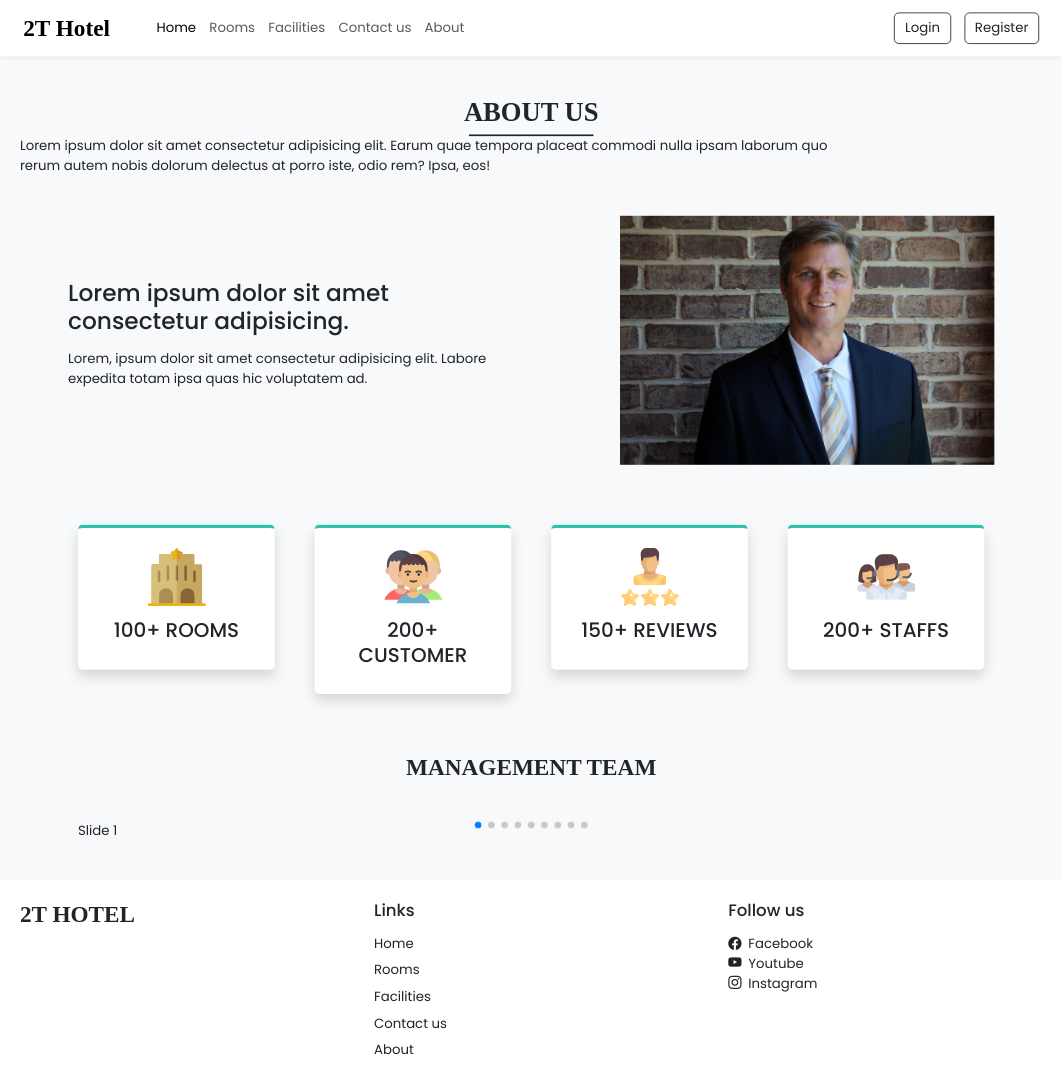
Repository: TaTongThanh2003/DoAnCoSo2024_BookingHotelWebsite
Page: http://localhost/about.php
These files come from the project's save history. The page is drawn as it stood at one moment and after the next save; the edit follows.
The browser window is 1280 px wide. The pictures show the whole page, at 83% of full size.
Some web fonts or font styles are not loaded; a fallback is used. The page is run by PHP 8.4 with error messages shown; the project is at /var/www/html/.

Above is the page before, as saved 2024-03-19 00:40:11.

### WebsiteBookingHotel/about.php
<!DOCTYPE html>
<html lang="en">

<head>
    <meta charset="UTF-8">
    <meta http-equiv="X-UA-Compatible" content="IE-edge">
    <meta name="viewport" content="width=device-width, initial-scale=1.0">
    <title>2T Hotel - ABOUT</title>
    <?php require('inc/links.php'); ?>
    <style>
    .pop:hover {
        border-top-color: var(--teal) !important;
        transform: scale(1.03);
        transition: all 0.3s;
    }
    </style>
    <link rel="stylesheet" href="https://cdn.jsdelivr.net/npm/swiper@11/swiper-bundle.min.css" />
    <style>
    @media screen and (max-width: 575px) {
        .availability-form {
            margin: 25px;
            padding: 0 35px;
        }
    }

    .box {
        border-top-color: var(--teal) !important;
    }
    </style>
</head>

<body class="bg-light">
    <?php require('inc/header.php'); ?>

    <div class="my-5 px-4">
        <h2 class="fw-bold h-font text-center">ABOUT US</h2>
        <div class="h-line bg-dark"></div>
        <p>Lorem ipsum dolor sit amet consectetur adipisicing elit. Earum quae tempora placeat commodi nulla ipsam
            laborum quo <br> rerum autem nobis dolorum delectus at porro iste, odio rem? Ipsa, eos!</p>
    </div>
    <div class="container">
        <div class="row justify-content-between align-items-center">
            <div class="col-lg-6 col-md-5 mb-4 order-lg-1 order-md-1 order-2">
                <h3 class="mb-3">Lorem ipsum dolor sit amet consectetur adipisicing.</h3>
                <p>Lorem, ipsum dolor sit amet consectetur adipisicing elit. Labore expedita totam ipsa quas hic
                    voluptatem ad.</p>
            </div>
            <div class="col-lg-5 col-md-5 mb-4 order-lg-2 order-md-2 order-1">
                <img src="images/about/about.jpg" class="w-100">
            </div>
        </div>
    </div>
    <div class="container mt-5">
        <div class="row">
            <div class="col-lg-3 col-md-6 mb-4 px-4">
                <div class="bg-white rounded shadow p-4 border-top border-4 text-center box">
                    <img src="images/about/hotel.svg" width="70px">
                    <h4 class="mt-3">100+ ROOMS</h4>
                </div>
            </div>
            <div class="col-lg-3 col-md-6 mb-4 px-4">
                <div class="bg-white rounded shadow p-4 border-top border-4 text-center box">
                    <img src="images/about/customers.svg" width="70px">
                    <h4 class="mt-3">200+ CUSTOMER</h4>
                </div>
            </div>
            <div class="col-lg-3 col-md-6 mb-4 px-4">
                <div class="bg-white rounded shadow p-4 border-top border-4 text-center box">
                    <img src="images/about/rating.svg" width="70px">
                    <h4 class="mt-3">150+ REVIEWS</h4>
                </div>
            </div>
            <div class="col-lg-3 col-md-6 mb-4 px-4">
                <div class="bg-white rounded shadow p-4 border-top border-4 text-center box">
                    <img src="images/about/staff.svg" width="70px">
                    <h4 class="mt-3">200+ STAFFS</h4>
                </div>
            </div>
            <h3 class="my-5 fw-bold h-font text-center">MANAGEMENT TEAM</h3>
            <div class="container px-4">
                <div class="swiper mySwiper">
                    <div class="swiper-wrapper">
                        <div class="swiper-slide">Slide 1</div>
                        <div class="swiper-slide">Slide 2</div>
                        <div class="swiper-slide">Slide 3</div>
                        <div class="swiper-slide">Slide 4</div>
                        <div class="swiper-slide">Slide 5</div>
                        <div class="swiper-slide">Slide 6</div>
                        <div class="swiper-slide">Slide 7</div>
                        <div class="swiper-slide">Slide 8</div>
                        <div class="swiper-slide">Slide 9</div>
                    </div>
                    <div class="swiper-pagination"></div>
                </div>
            </div>
        </div>
    </div>

    <!-- footer -->
    <?php require('inc/footer.php'); ?>
    <script src="https://cdn.jsdelivr.net/npm/swiper@11/swiper-bundle.min.js"></script>

    <!-- Initialize Swiper -->
    <script>
    var swiper = new Swiper(".mySwiper", {
        pagination: {
            el: ".swiper-pagination",
        },
    });
    </script>



    <!-- <script src="https://cdn.jsdelivr.net/npm/swiper@11/swiper-bundle.min.js"></script>
    <script src="https://cdn.jsdelivr.net/npm/bootstrap@5.3.3/dist/js/bootstrap.bundle.min.js"
        integrity="sha384-YvpcrYf0tY3lHB60NNkmXc5s9fDVZLESaAA55NDzOxhy9GkcIdslK1eN7N6jIeHz" crossorigin="anonymous">
    </script> -->
    <!-- <script>
    var swiper = new Swiper(".swiper-container", {
        spaceBetween: 30,
        effect: "fade",
        loop: true,
        autoplay: {
            delay: 3500,
            disableOnInteraction: false,
        }
    });
    var swiper = new Swiper(".swiper-testimonials", {
        effect: "coverflow",
        grabCursor: true,
        centeredSlides: true,
        slidesPerView: "auto",
        slidesPerView: "3",
        loop: true,
        coverflowEffect: {
            rotate: 50,
            stretch: 0,
            depth: 100,
            modifier: 1,
            slideShadows: false,
        },
        pagination: {
            el: ".swiper-pagination",
        },
        breakpoints: {
            320: {
                slidesPerView: 1,
            },
            640: {
                slidesPerView: 1,
            },
            768: {
                slidesPerView: 2,
            },
            1024: {
                slidesPerView: 3,
            },
        }
    });
    </script> -->
</body>

</html>

### WebsiteBookingHotel/inc/links.php
<link href="https://cdn.jsdelivr.net/npm/bootstrap@5.3.3/dist/css/bootstrap.min.css" rel="stylesheet"
    integrity="sha384-QWTKZyjpPEjISv5WaRU9OFeRpok6YctnYmDr5pNlyT2bRjXh0JMhjY6hW+ALEwIH" crossorigin="anonymous">
<link href="https://fonts.googleapis.com/css2?family=Merienda:wght@400;700&family=Poppins:wght@400;500;600&display=swap"
    rel="stylesheet">
<link rel="stylesheet" href="https://cdn.jsdelivr.net/npm/bootstrap-icons@1.11.3/font/bootstrap-icons.min.css">
<link rel="stylesheet" href="css/common.css">

### WebsiteBookingHotel/inc/header.php
<nav class="navbar navbar-expand-lg navbar-light bg-white px-lg-3 py-lg-2 shadow-sm sticky-top">
    <div class="container-fluid">
        <a class="navbar-brand me-5 fw-bold fs-3 h-font" href="index.php">2T Hotel</a>
        <button class="navbar-toggler shadow-none" type="button" data-bs-toggle="collapse"
            data-bs-target="#navbarSupportedContent" aria-controls="navbarSupportedContent" aria-expanded="false"
            aria-label="Toggle navigation">
            <span class="navbar-toggler-icon"></span>
        </button>
        <div class="collapse navbar-collapse" id="navbarSupportedContent">
            <ul class="navbar-nav me-auto mb-2 mb-lg-0">
                <li class="nav-item">
                    <a class="nav-link active" aria-current="page" href="index.php">Home</a>
                </li>
                <li class="nav-item">
                    <a class="nav-link" href="#">Rooms</a>
                </li>
                <li class="nav-item">
                    <a class="nav-link" href="facilities.php">Facilities</a>
                </li>
                <li class="nav-item">
                    <a class="nav-link" href="#">Contact us</a>
                </li>
                <li class="nav-item">
                    <a class="nav-link" href="about.php">About</a>
                </li>
            </ul>
            <div class="d-flex">
                <button type="button" class="btn btn-outline-dark shadow-none me-lg-3 me-2" data-bs-toggle="modal"
                    data-bs-target="#loginModal">
                    Login
                </button>
                <button type="button" class="btn btn-outline-dark shadow-none " data-bs-toggle="modal"
                    data-bs-target="#registerModal">
                    Register
                </button>
            </div>
        </div>
    </div>
</nav>

<!-- login -->
<div class="modal fade" id="loginModal" data-bs-backdrop="static" data-bs-keyboard="false" tabindex="-1"
    aria-labelledby="staticBackdropLabel" aria-hidden="true">
    <div class="modal-dialog">
        <div class="modal-content">
            <form>
                <div class="modal-header">
                    <h5 class="modal-title d-flex align-item-center">
                        <i class="bi bi-person-circle fs-5 me-2"></i> User login
                    </h5>
                    <button type="reset" class="btn-close shadow-none" data-bs-dismiss="modal"
                        aria-label="Close"></button>
                </div>
                <div class="modal-body">
                    <div class="mb-3">
                        <label class="form-label">Email address</label>
                        <input type="email" class="form-control shadow-none">
                    </div>
                    <div class="mb-4">
                        <label class="form-label">Password</label>
                        <input type="password" class="form-control shadow-none">
                    </div>
                    <div class="d-flex align-items-center justify-content-between mb-2">
                        <button type="submit" class="btn btn-dark shadow-none">LOGIN</button>
                        <a href="javascript: void(0)" class="text-secondary text-decoration-none">Forgot
                            Password?</a>
                    </div>
                </div>
            </form>
        </div>
    </div>
</div>

<!-- Register -->
<div class="modal fade" id="registerModal" data-bs-backdrop="static" data-bs-keyboard="false" tabindex="-1"
    aria-labelledby="staticBackdropLabel" aria-hidden="true">
    <div class="modal-dialog modal-lg">
        <div class="modal-content">
            <form>
                <div class="modal-header">
                    <h5 class="modal-title d-flex align-item-center">
                        <i class="bi bi-person-lines-fill fs-5 me-2"></i>
                        User Registration
                    </h5>
                    <button type="reset" class="btn-close shadow-none" data-bs-dismiss="modal"
                        aria-label="Close"></button>
                </div>
                <div class="modal-body">
                    <span class="badge rounded-pill bg-light text-dark mb-3 text-wrap lh-base">
                        Note: Your details must match with your ID (Aadhar card, passport, driving license, etc.)
                        that will be required dring check-in.
                    </span>
                    <div class="container-fluid">
                        <div class="row">
                            <!-- Name -->
                            <div class="col-md-6 ps-0 mb-3">
                                <label class="form-label">Name</label>
                                <input type="text" class="form-control shadow-none">
                            </div>
                            <!-- Email -->
                            <div class="col-md-6 p-0 mb-3">
                                <label class="form-label">Email</label>
                                <input type="email" class="form-control shadow-none">
                            </div>
                            <!-- Phone Number -->
                            <div class="col-md-6 ps-0 mb-3">
                                <label class="form-label">Phone Number</label>
                                <input type="number" class="form-control shadow-none">
                            </div>
                            <!-- Picture -->
                            <div class="col-md-6 p-0 mb-3">
                                <label class="form-label">Picture</label>
                                <input type="file" class="form-control shadow-none">
                            </div>
                            <!-- Address -->
                            <div class="col-md-12 p-0 mb-3">
                                <label class="form-label">Address</label>
                                <textarea class="form-control shadow-none" rows="1"></textarea>
                            </div>
                            <!-- Pincode -->
                            <div class="col-md-6 ps-0 mb-3">
                                <label class="form-label">Pincode</label>
                                <input type="number" class="form-control shadow-none">
                            </div>
                            <!-- Date of birth -->
                            <div class="col-md-6 p-0 mb-3">
                                <label class="form-label">Date of birth</label>
                                <input type="date" class="form-control shadow-none">
                            </div>
                            <!-- Password -->
                            <div class="col-md-6 ps-0 mb-3">
                                <label class="form-label">Password</label>
                                <input type="password" class="form-control shadow-none">
                            </div>
                            <!-- Comfirm Password -->
                            <div class="col-md-6 p-0 mb-3">
                                <label class="form-label">Comfirm Password</label>
                                <input type="password" class="form-control shadow-none">
                            </div>
                        </div>
                    </div>
                    <div class="text-center my-1">
                        <button type="submit" class="btn btn-dark shadow-none">REGISTER</button>
                    </div>
                </div>
            </form>
        </div>
    </div>
</div>

### WebsiteBookingHotel/inc/footer.php
<div class="container-fluid bg-white mt-5">
    <div class="row">
        <div class="col-lg-4 p-4">
            <h3 class="h-font fw-bold fs-3">2T HOTEL</h3>
            <p>

            </p>
        </div>
        <div class="col-lg-4 p-4">
            <h5 class="mb-3">Links</h5>
            <a href="#" class="d-inline-block mb-2 text-dark text-decoration-none">Home</a><br>
            <a href="#" class="d-inline-block mb-2 text-dark text-decoration-none">Rooms</a><br>
            <a href="#" class="d-inline-block mb-2 text-dark text-decoration-none">Facilities</a><br>
            <a href="#" class="d-inline-block mb-2 text-dark text-decoration-none">Contact us</a><br>
            <a href="#" class="d-inline-block mb-2 text-dark text-decoration-none">About</a>
        </div>
        <div class="col-lg-4 p-4">
            <h5 class="mb-3">Follow us</h5>
            <a href="#" class="d-inline-block text-dark text-decoration-none md-2">
                <i class="bi bi-facebook me-1"></i> Facebook
            </a><br>
            <a href="#" class="d-inline-block text-dark text-decoration-none md-2">
                <i class="bi bi-youtube me-1"></i> Youtube
            </a><br>
            <a href="#" class="d-inline-block text-dark text-decoration-none ">
                <i class="bi bi-instagram me-1"></i> Instagram
            </a><br>
        </div>
    </div>
</div>

### WebsiteBookingHotel/css/common.css
:root{
    --teal: #2ec1ac;
    --teal_hover: #279e8c;
}

* {
    font-family: 'Poppins', sans-serif;
}

.h-font {
    font-family: 'Merienda', cursive;
}

input::-webkit-outer-spin-button,
input::-webkit-inner-spin-button {
    -webkit-appearance: none;
    margin: 0;
}

/* input[type=number] {
    -moz-appearance: textfield;
} */

.custom-bg {
    background-color: var(--teal);
    border: 1px solid var(--teal);
}

.custom-bg:hover {
    background-color: var(--teal_hover);
    border-color: var(--teal_hover);
}

.availability-form {
    margin-top: -50px;
    z-index: 2;
    position: relative;
}
.h-line{
    width: 150px ;
    margin: 0 auto;
    height: 1.7px;
}

### WebsiteBookingHotel/images/about/hotel.svg
<?xml version="1.0" encoding="iso-8859-1"?>
<!-- Generator: Adobe Illustrator 19.0.0, SVG Export Plug-In . SVG Version: 6.00 Build 0)  -->
<svg version="1.1" id="Layer_1" xmlns="http://www.w3.org/2000/svg" xmlns:xlink="http://www.w3.org/1999/xlink" x="0px" y="0px"
	 viewBox="0 0 512 512" style="enable-background:new 0 0 512 512;" xml:space="preserve">
<path style="fill:#C6A860;" d="M33.391,511.998V155.824c0-6.147,4.983-11.13,11.13-11.13h55.652V66.781
	c0-6.147,4.983-11.13,11.13-11.13h100.174h89.043h100.174c6.147,0,11.13,4.983,11.13,11.13v77.913h55.652
	c6.147,0,11.13,4.983,11.13,11.13v356.174H33.391z"/>
<path style="fill:#D8BF77;" d="M256,511.998H33.391V155.824c0-6.147,4.983-11.13,11.13-11.13h55.652V66.781
	c0-6.147,4.983-11.13,11.13-11.13h100.174H256V511.998z"/>
<path style="fill:#AA8E55;" d="M222.609,417.39v94.609H100.174V417.39c0-33.81,27.408-61.217,61.217-61.217l0,0
	C195.201,356.172,222.609,383.58,222.609,417.39z M111.304,289.39v-77.913c0-6.147-4.983-11.13-11.13-11.13
	c-6.147,0-11.13,4.983-11.13,11.13v77.913c0,6.147,4.983,11.13,11.13,11.13C106.321,300.52,111.304,295.537,111.304,289.39z
	 M178.087,289.39c6.147,0,11.13-4.983,11.13-11.13V166.955c0-6.147-4.983-11.13-11.13-11.13c-6.147,0-11.13,4.983-11.13,11.13
	v111.304C166.957,284.406,171.94,289.39,178.087,289.39z M256,155.824c-6.147,0-11.13,4.983-11.13,11.13v111.304
	c0,6.147,4.983,11.13,11.13,11.13s11.13-4.983,11.13-11.13V166.955C267.13,160.807,262.147,155.824,256,155.824z M333.913,155.824
	c-6.147,0-11.13,4.983-11.13,11.13v111.304c0,6.147,4.983,11.13,11.13,11.13s11.13-4.983,11.13-11.13V166.955
	C345.043,160.807,340.06,155.824,333.913,155.824z M411.826,200.346c-6.147,0-11.13,4.983-11.13,11.13v77.913
	c0,6.147,4.983,11.13,11.13,11.13c6.147,0,11.13-4.983,11.13-11.13v-77.913C422.957,205.329,417.973,200.346,411.826,200.346z"/>
<path style="fill:#89643B;" d="M411.826,417.39v94.609H289.391V417.39c0-33.81,27.408-61.217,61.217-61.217l0,0
	C384.418,356.172,411.826,383.58,411.826,417.39z M333.913,289.39c6.147,0,11.13-4.983,11.13-11.13V166.955
	c0-6.147-4.983-11.13-11.13-11.13s-11.13,4.983-11.13,11.13v111.304C322.783,284.406,327.766,289.39,333.913,289.39z
	 M411.826,200.346c-6.147,0-11.13,4.983-11.13,11.13v77.913c0,6.147,4.983,11.13,11.13,11.13c6.147,0,11.13-4.983,11.13-11.13
	v-77.913C422.957,205.329,417.972,200.346,411.826,200.346z M256,155.824V289.39c6.147,0,11.13-4.983,11.13-11.13V166.955
	C267.13,160.807,262.146,155.824,256,155.824z"/>
<path style="fill:#D8962B;" d="M310.189,42.144l-19.549,26.143c-0.285,0.382-0.441,0.845-0.443,1.321l-0.177,32.643
	c-0.008,1.52-1.504,2.586-2.943,2.096l-30.904-10.514c-0.451-0.154-0.939-0.158-1.394-0.013l-31.1,9.919
	c-1.448,0.462-2.923-0.631-2.903-2.152l0.45-32.64c0.007-0.476-0.14-0.943-0.417-1.329l-19.044-26.513
	c-0.887-1.234-0.303-2.975,1.15-3.425l30.481-9.442c0.91-0.282,1.706-0.848,2.271-1.616L254.562,0.91
	c0.9-1.225,2.736-1.208,3.613,0.035l18.823,26.671c0.275,0.39,0.667,0.68,1.12,0.83l30.99,10.256
	C310.548,39.174,311.099,40.926,310.189,42.144z"/>
<path style="fill:#EDB311;" d="M201.775,41.104c-0.887-1.234-0.303-2.975,1.15-3.425l30.481-9.443
	c0.91-0.282,1.706-0.848,2.271-1.616l18.895-25.714c0.364-0.496,0.884-0.778,1.429-0.867v93.762
	c-0.398-0.099-0.816-0.108-1.21,0.018l-31.1,9.919c-1.448,0.462-2.923-0.631-2.903-2.152l0.45-32.64
	c0.007-0.476-0.14-0.943-0.417-1.329L201.775,41.104z M500.87,489.737H11.13c-6.147,0-11.13,4.983-11.13,11.13
	c0,6.147,4.983,11.13,11.13,11.13H500.87c6.147,0,11.13-4.983,11.13-11.13C512,494.72,507.017,489.737,500.87,489.737z"/>
<g>
</g>
<g>
</g>
<g>
</g>
<g>
</g>
<g>
</g>
<g>
</g>
<g>
</g>
<g>
</g>
<g>
</g>
<g>
</g>
<g>
</g>
<g>
</g>
<g>
</g>
<g>
</g>
<g>
</g>
</svg>

Loaded but not shown: WebsiteBookingHotel/images/about/customers.svg (105 lines, source omitted); WebsiteBookingHotel/images/about/staff.svg (110 lines, source omitted); WebsiteBookingHotel/images/about/rating.svg (92 lines, source omitted)

After the next save:
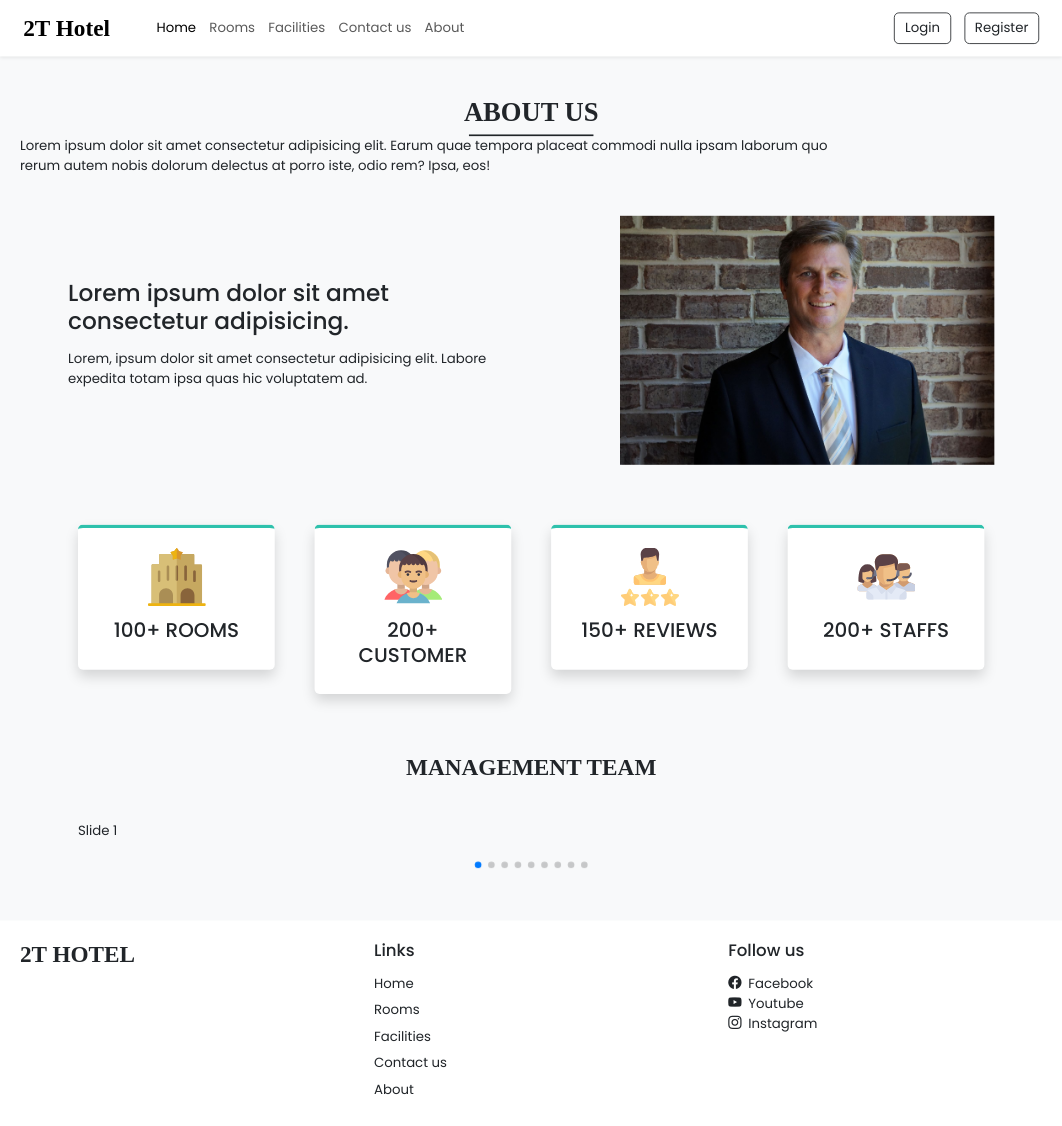
Saved 107 s later.
--- a/WebsiteBookingHotel/about.php
+++ b/WebsiteBookingHotel/about.php
@@ -80,7 +80,7 @@
             <div class="container px-4">
                 <div class="swiper mySwiper">
                     <div class="swiper-wrapper">
-                        <div class="swiper-slide">Slide 1</div>
+                        <div class="swiper-slide mb-5">Slide 1</div>
                         <div class="swiper-slide">Slide 2</div>
                         <div class="swiper-slide">Slide 3</div>
                         <div class="swiper-slide">Slide 4</div>
@@ -100,7 +100,7 @@
     <?php require('inc/footer.php'); ?>
     <script src="https://cdn.jsdelivr.net/npm/swiper@11/swiper-bundle.min.js"></script>
 
-    <!-- Initialize Swiper -->
+
     <script>
     var swiper = new Swiper(".mySwiper", {
         pagination: {
